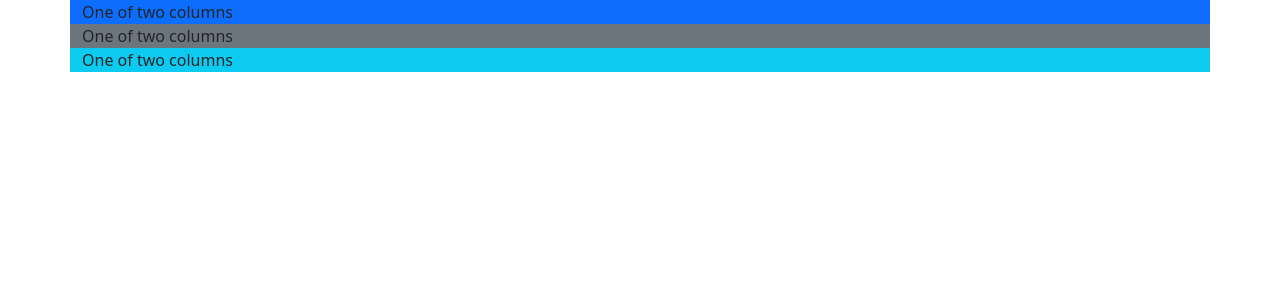
Repository: MintuKrishnan/subrahmanyam-batch
Page: front-end/bootstrap/index.html
The author's editor kept a copy of each file at every save. The page is drawn from the files as they stood at one save, then again after the next save.
The browser window is 1280 px wide. The pictures show the whole page.

Above is the page before, as saved 2021-03-09 10:25:07.

### front-end/bootstrap/index.html
<!DOCTYPE html>
<html lang="en">
  <head>
    <!-- Required meta tags -->
    <meta charset="utf-8" />
    <meta name="viewport" content="width=device-width, initial-scale=1" />

    <!-- Bootstrap CSS -->
    <link
      href="https://cdn.jsdelivr.net/npm/bootstrap@5.0.0-beta2/dist/css/bootstrap.min.css"
      rel="stylesheet"
      integrity="sha384-BmbxuPwQa2lc/FVzBcNJ7UAyJxM6wuqIj61tLrc4wSX0szH/Ev+nYRRuWlolflfl"
      crossorigin="anonymous"
    />

    <title>Hello, world!</title>
  </head>
  <body>
    <div class="container">
      <div class="row justify-content-start">
        <div class="col-sm-12 bg-primary">One of two columns</div>
        <div class="col-sm-12 col-8 bg-secondary">One of two columns</div>
        <div class="col-sm-12 col-2 bg-info">One of two columns</div>
      </div>
    </div>

    <!-- Optional JavaScript; choose one of the two! -->

    <!-- Option 1: Bootstrap Bundle with Popper -->
    <script
      src="https://cdn.jsdelivr.net/npm/bootstrap@5.0.0-beta2/dist/js/bootstrap.bundle.min.js"
      integrity="sha384-b5kHyXgcpbZJO/tY9Ul7kGkf1S0CWuKcCD38l8YkeH8z8QjE0GmW1gYU5S9FOnJ0"
      crossorigin="anonymous"
    ></script>

    <!-- Option 2: Separate Popper and Bootstrap JS -->
    <!--
    <script src="https://cdn.jsdelivr.net/npm/@popperjs/core@2.6.0/dist/umd/popper.min.js" integrity="sha384-KsvD1yqQ1/1+IA7gi3P0tyJcT3vR+NdBTt13hSJ2lnve8agRGXTTyNaBYmCR/Nwi" crossorigin="anonymous"></script>
    <script src="https://cdn.jsdelivr.net/npm/bootstrap@5.0.0-beta2/dist/js/bootstrap.min.js" integrity="sha384-nsg8ua9HAw1y0W1btsyWgBklPnCUAFLuTMS2G72MMONqmOymq585AcH49TLBQObG" crossorigin="anonymous"></script>
    -->
  </body>
</html>

After the next save:
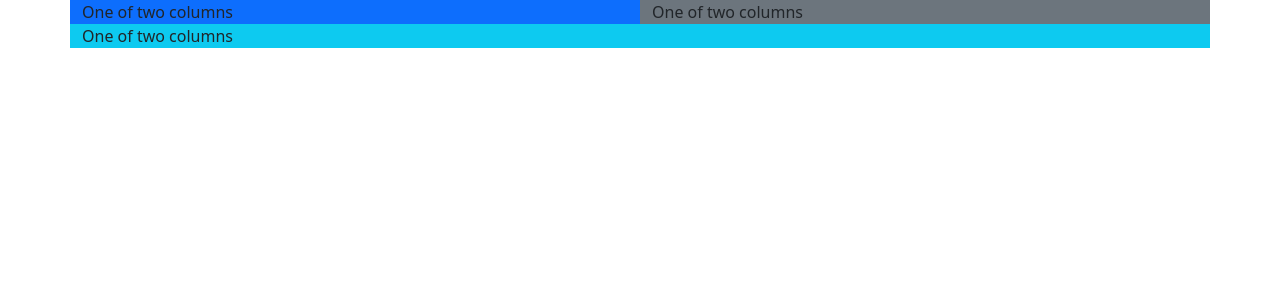
Saved 3 min 46 s later.
--- a/front-end/bootstrap/index.html
+++ b/front-end/bootstrap/index.html
@@ -18,8 +18,8 @@
   <body>
     <div class="container">
       <div class="row justify-content-start">
-        <div class="col-sm-12 bg-primary">One of two columns</div>
-        <div class="col-sm-12 col-8 bg-secondary">One of two columns</div>
+        <div class="col col-md-6 bg-primary">One of two columns</div>
+        <div class="col bg-secondary">One of two columns</div>
         <div class="col-sm-12 col-2 bg-info">One of two columns</div>
       </div>
     </div>
